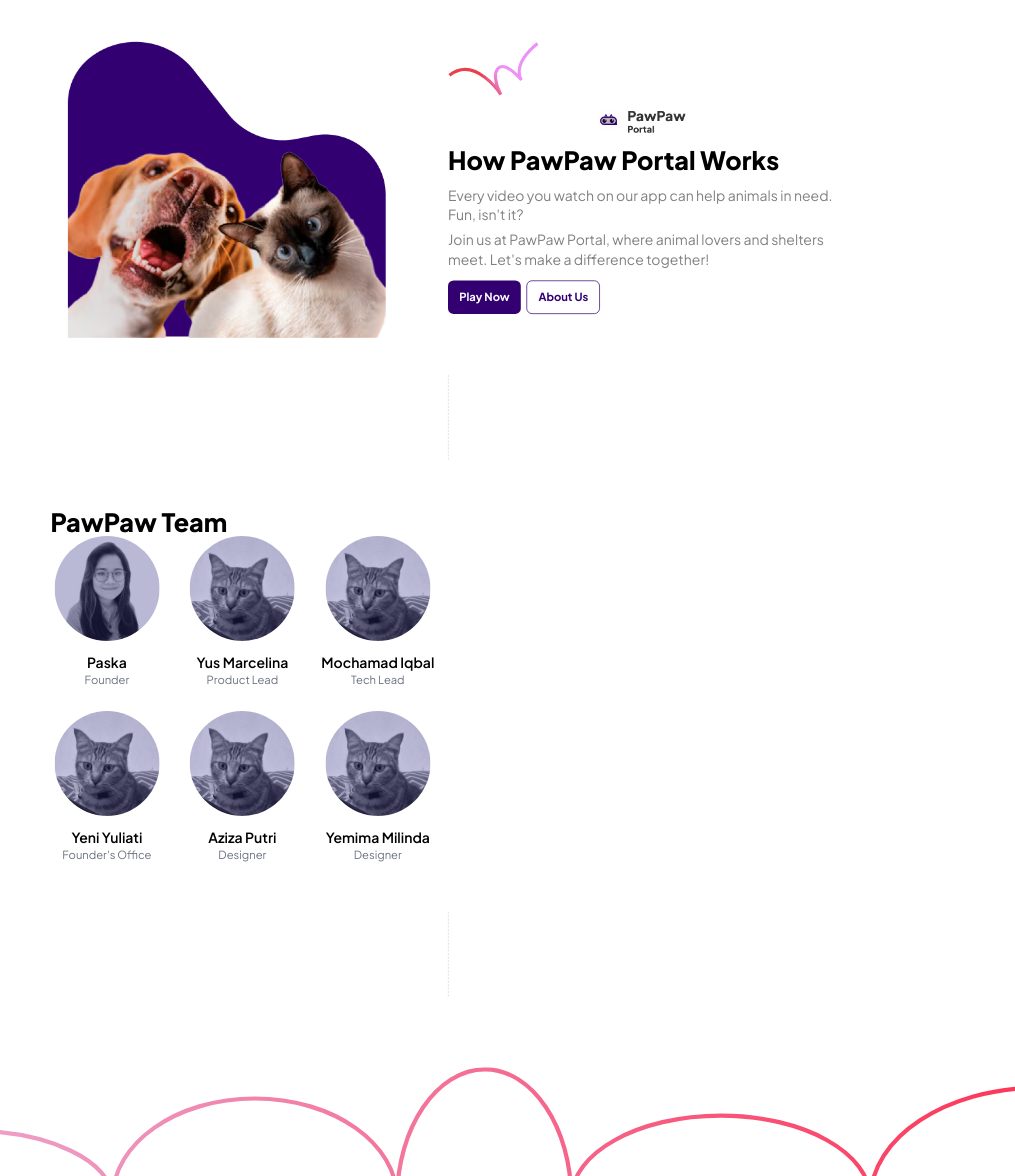
Repository: paskasiregar/pawpawwebsite
Page: /
These files come from the project's save history. The page is drawn as it stood at one moment and after the next save; the edit follows.
The browser window is 1280 px wide. The page is 1450 px wide, so the pictures cover 1450 px, including what lies to the right of the window. The pictures show the part of the page from y = 1041 to 2721 px (the page is 3960 px tall), at 70% of full size.
The project was rebuilt for these pictures with package versions that can differ from the ones it lists, and the page was loaded fresh each time. The framework's server and built-in components were replaced by stand-ins that run in the browser. Also part of the build but not shown: next.config.js, next.config.mjs.

Above is the page before, as saved 2024-09-06 11:30:46.

After the next save:
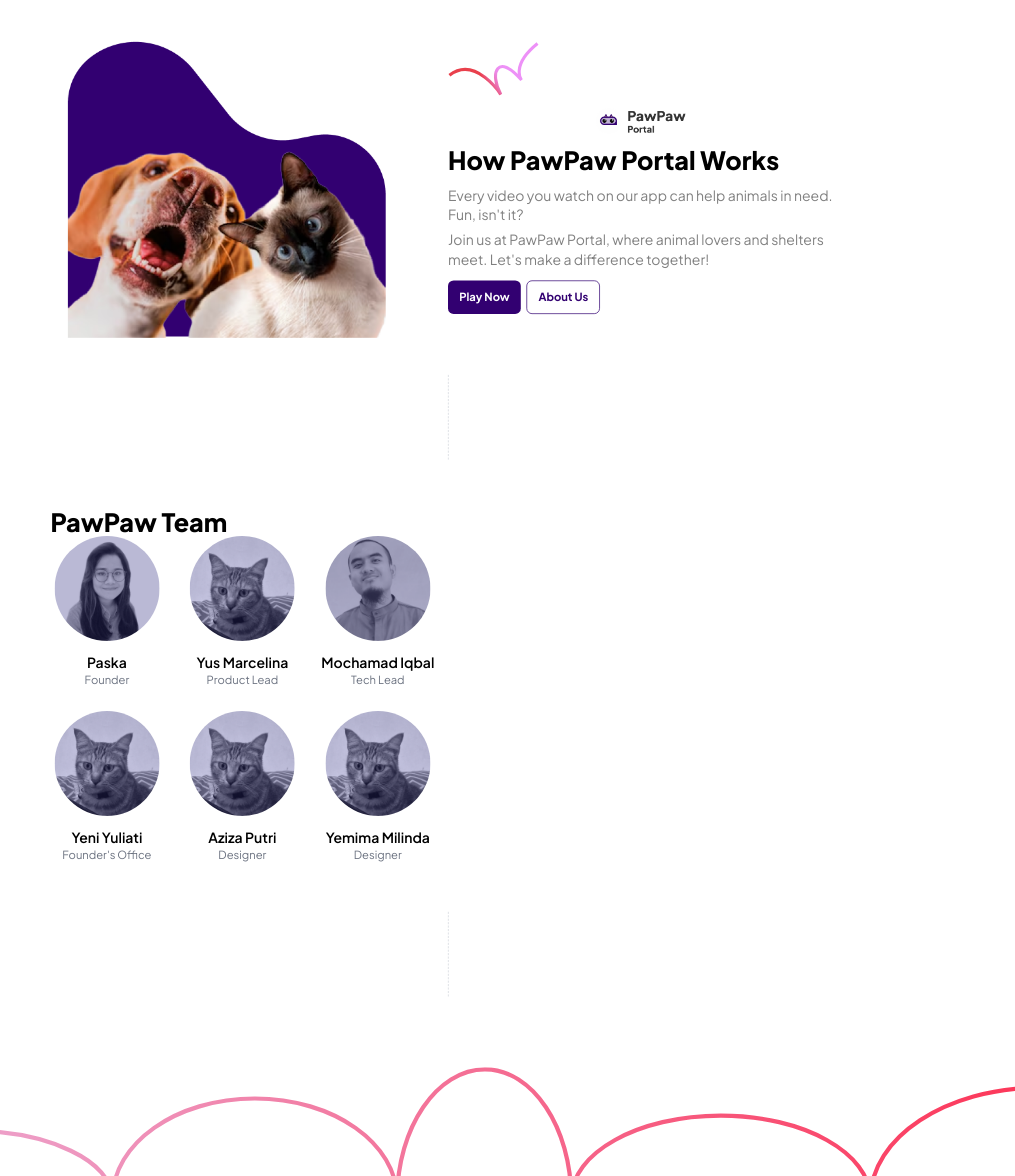
Saved 3 min 29 s later.
--- a/src/app/page.js
+++ b/src/app/page.js
@@ -13,6 +13,7 @@ import Link from "next/link";
 import Head from "next/head";
 import piupiu from "../assets/piupiu.png";
 import paska from "../assets/paska.png";
+import iqbal from "../assets/iqbal.png";
 
 export default async function Home() {
   return (
@@ -175,7 +176,7 @@ export default async function Home() {
                       <Image
                         className="rounded-full"
                         alt="Iqbal"
-                        src={piupiu}
+                        src={iqbal}
                         width={150}
                         height={150}
                       />
